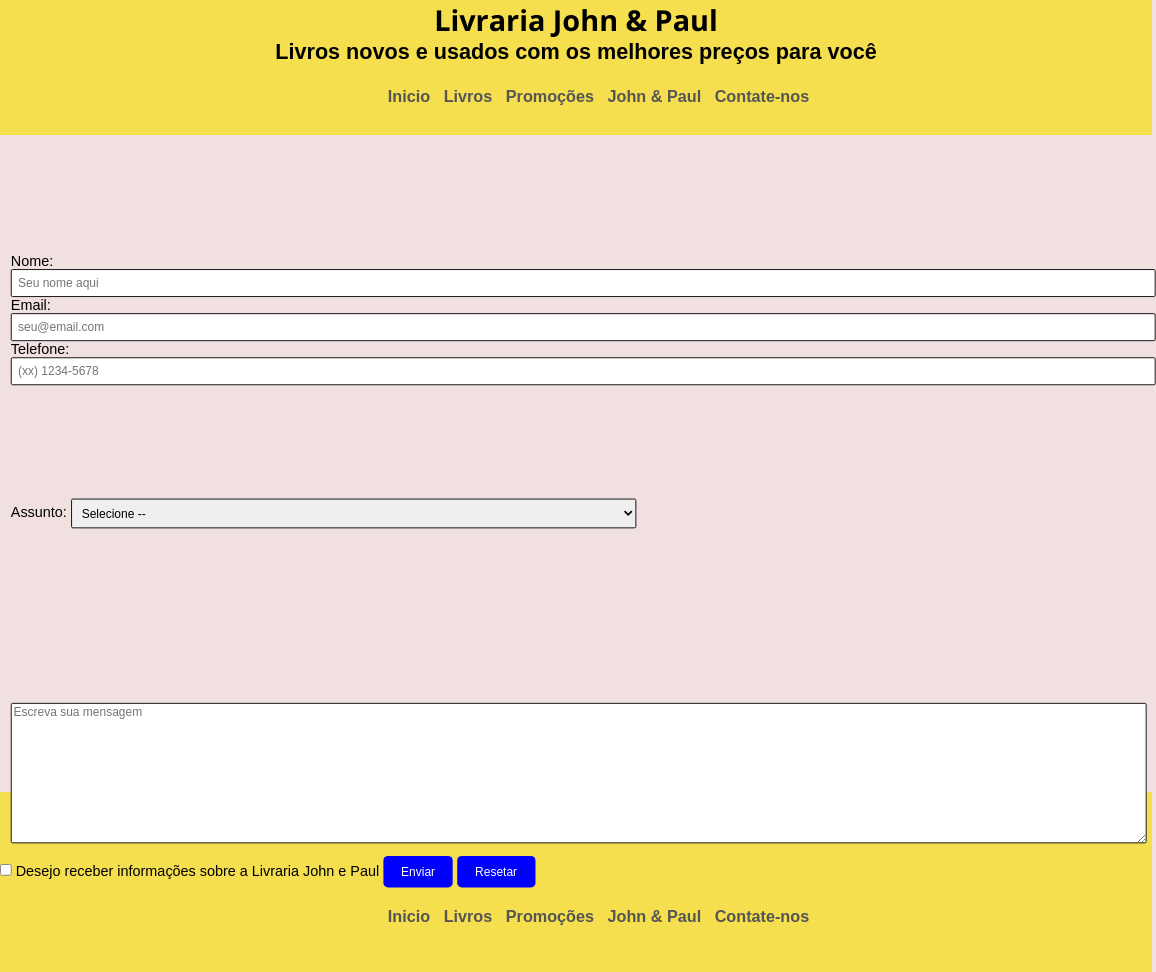
Repository: MarcoantonioCaldeira/Site-livraria-John-e-Paul
Page: contato.html
These files come from the project's save history. The page is drawn as it stood at one moment and after the next save; the edit follows.
The browser window is 1280 px wide. The page is 1284 px wide, then 1280 px, so the pictures cover 1284 px, including what lies to the right of the window. The pictures show the whole page, at 90% of full size.

Above is the page before, as saved 2022-09-25 21:34:04.

After the next save:
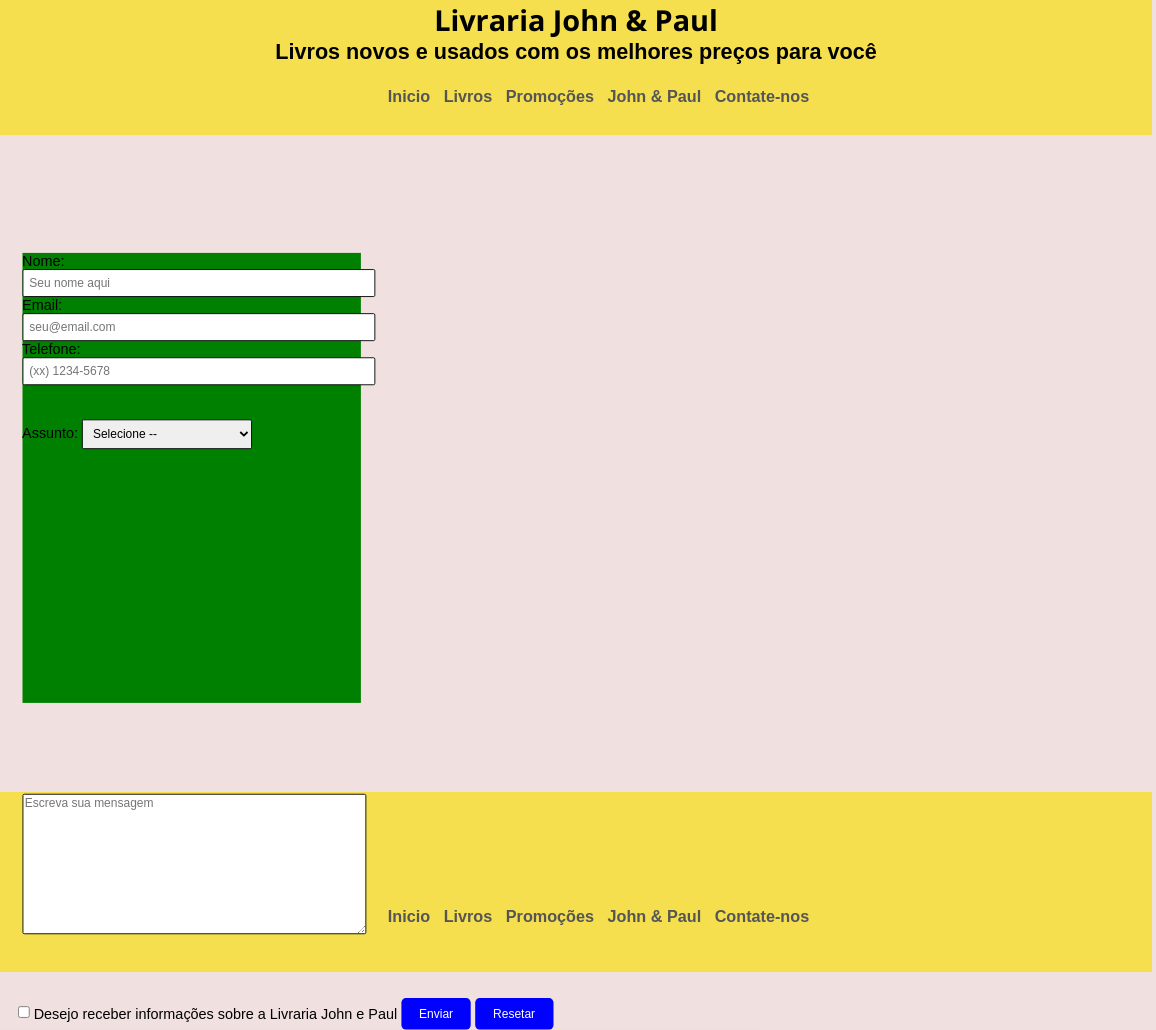
Saved 7 s later.
--- a/css/estilo.css
+++ b/css/estilo.css
@@ -239,7 +239,13 @@ form textarea{
    border-radius: 2px;
    border: 1px solid;
 }
-form div
+form div{
+   width: 30%;
+   margin: 0 1%;
+   background-color:green;
+   margin-top: 8%;
+   height: 150px;
+}
 
 #news{
    margin-top:6%;
